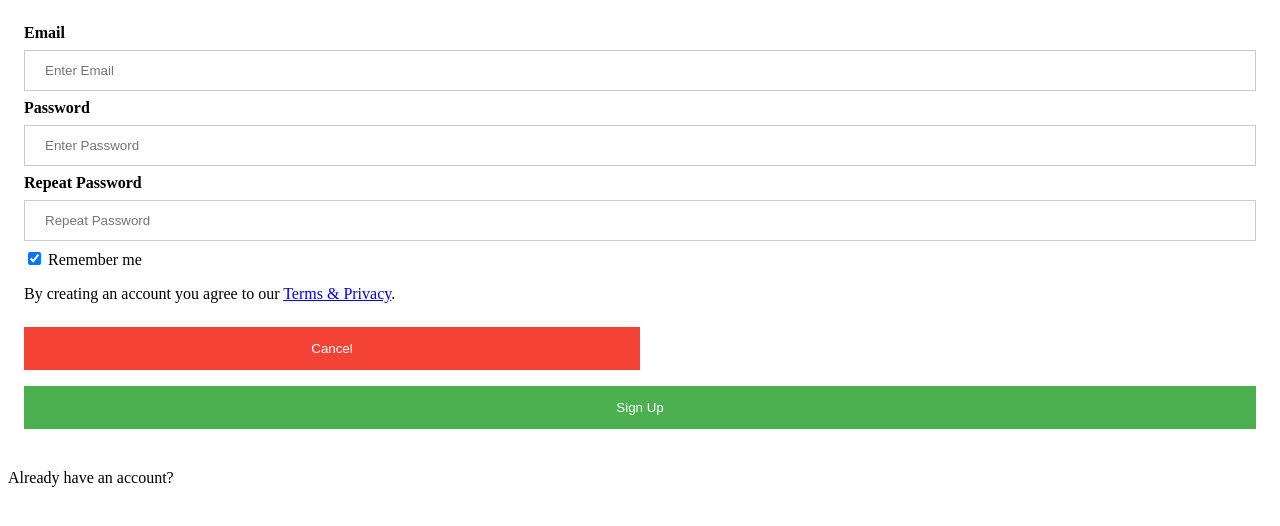
Repository: TheMadCoder1/hw-balancer
Page: HW/signup.html
The author's editor kept a record of every edit. The page is drawn from the files as they stood at one moment, then again after the next edit.
The browser window is 1280 px wide. The pictures show the whole page.

Above is the page before.

After the next edit:
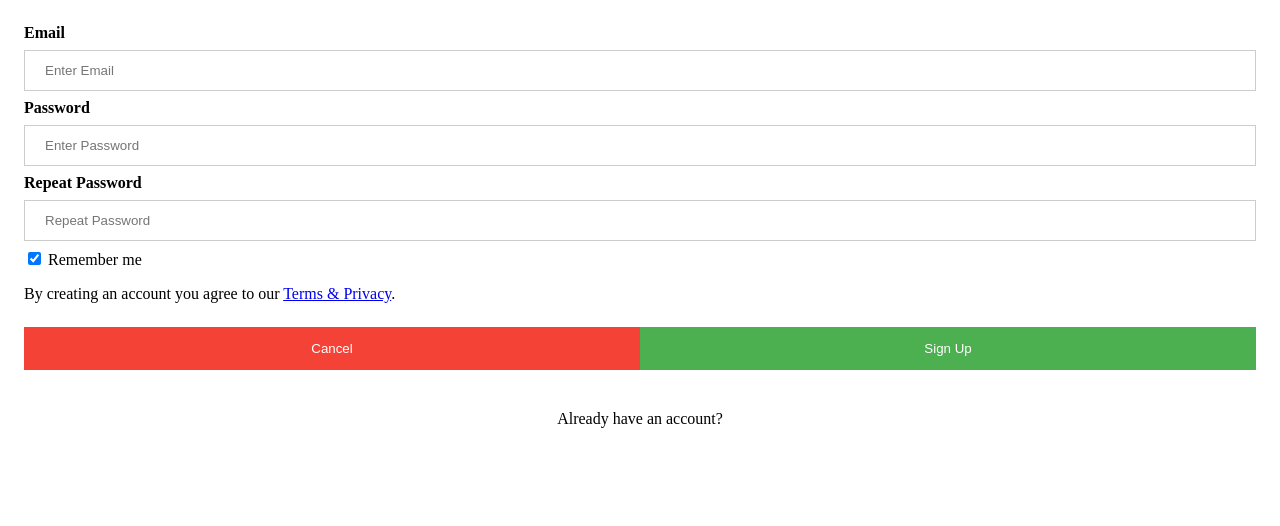
The edit:
--- a/HW/signup.html
+++ b/HW/signup.html
@@ -1,6 +1,6 @@
 <html>
     <head>
-        <link rel="stylesheet" type="text/css" href="loginstyle.css">
+        <link rel="stylesheet" type="text/css" href="signupstyle.css">
     </head>
     <body>
         <form action="/action_page.php">
